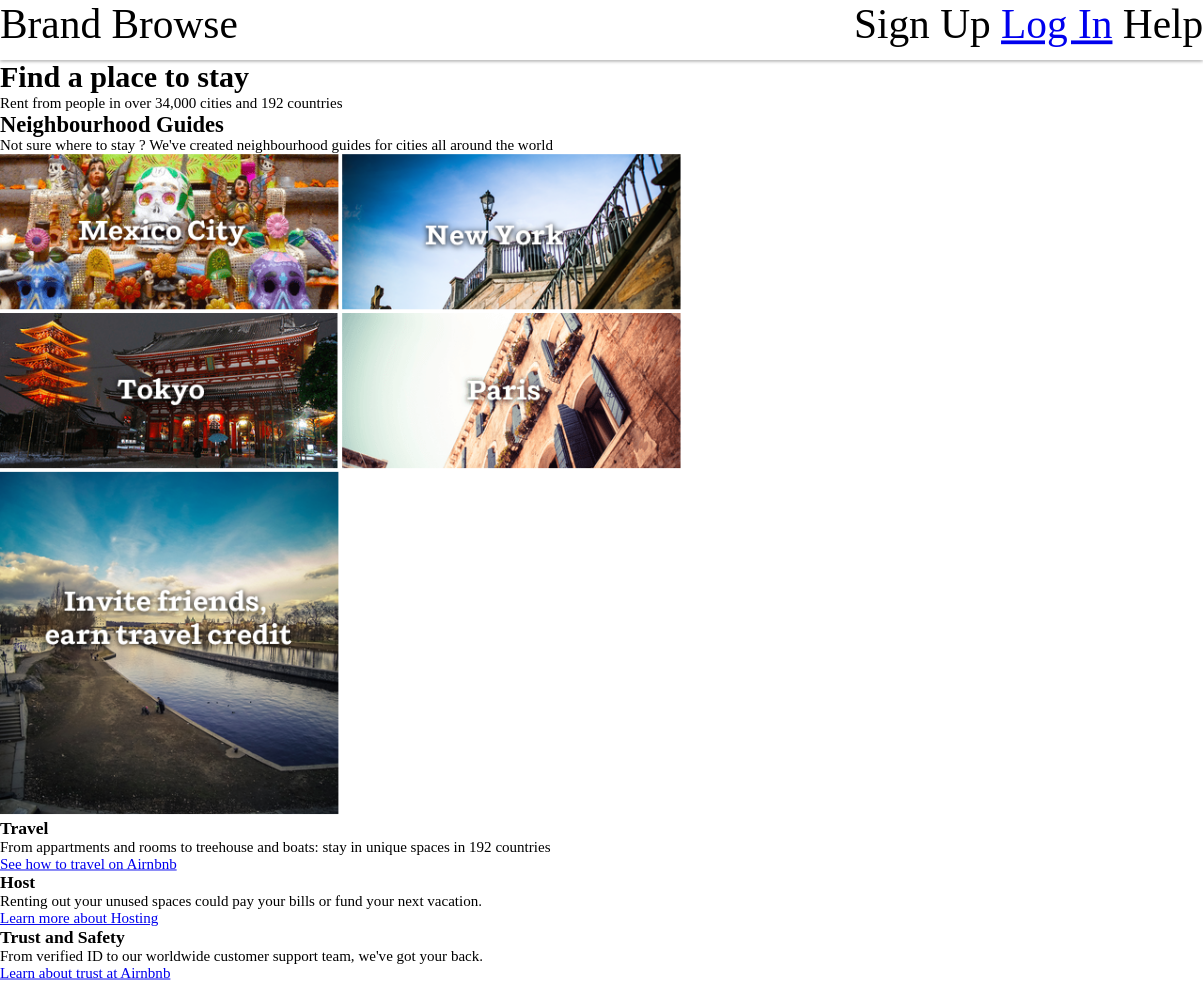
Repository: Naohonproject/web101x02_asm1
Page: Project2.html
An editor plug-in stored every save of this project. The page is shown before and after the next save, followed by the edit.
The browser window is 1280 px wide. The pictures show the whole page, at 94% of full size.

Above is the page before, as saved 2022-01-15 16:37:27.

After the next save:
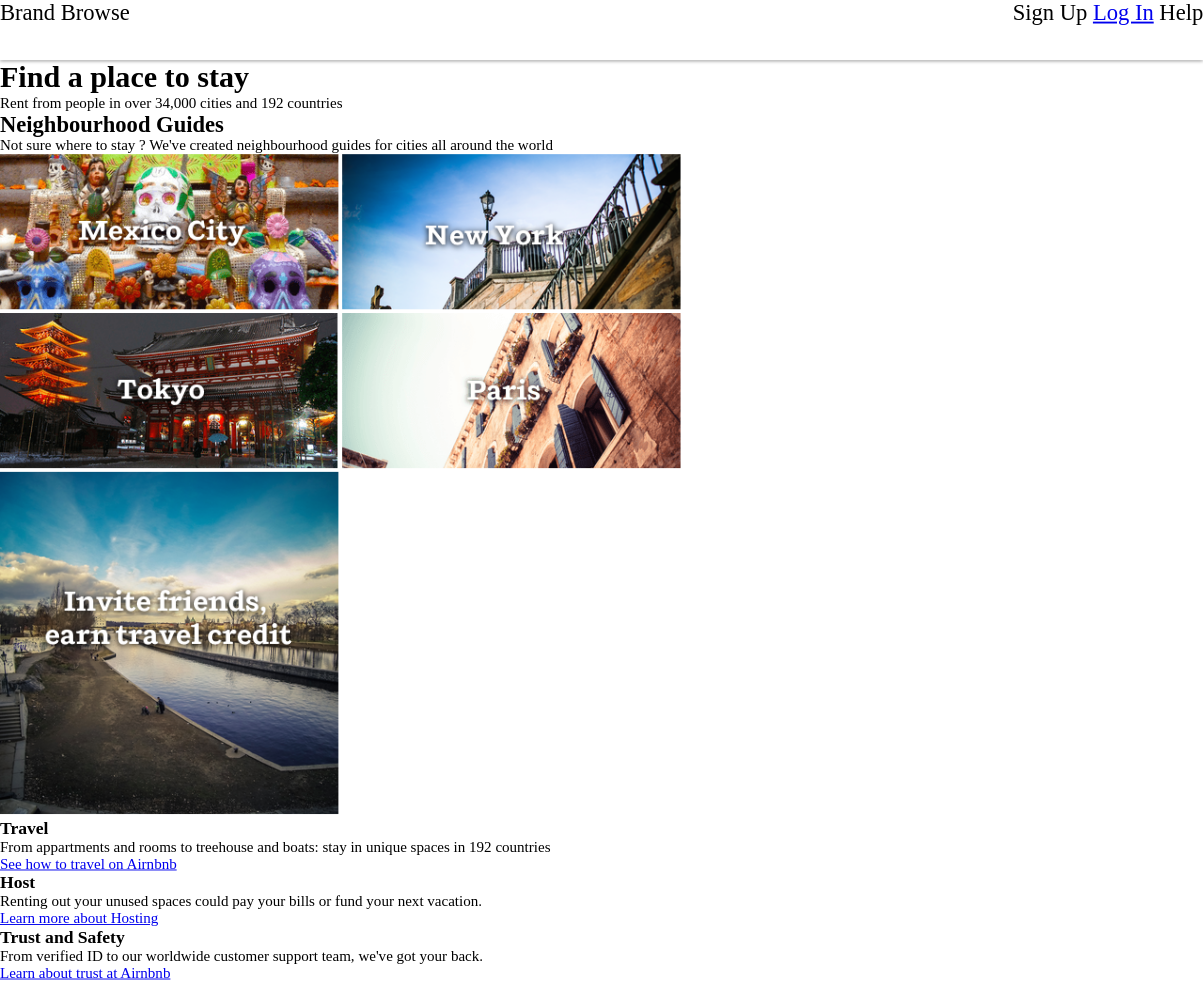
Saved 15 s later.
--- a/assets/css/style.css
+++ b/assets/css/style.css
@@ -26,7 +26,7 @@
 	background-color: #fff;
 	box-shadow: 0 1px 4px grey;
 	color: #000;
-	font-size: 44px;
+	font-size: 24px;
 }
 
 #header li {
